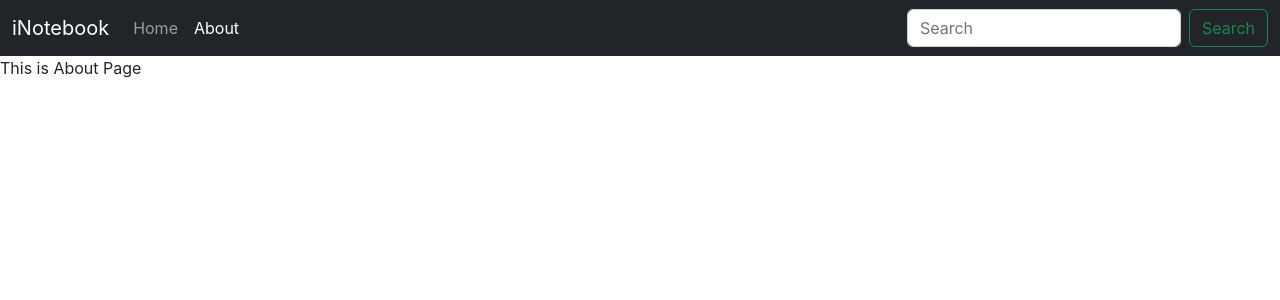
Repository: SatishPatil108/iNotebook-React
Page: /about
The author's editor kept a copy of each file at every save. The page is drawn from the files as they stood at one save, then again after the next save.
The browser window is 1280 px wide. The pictures show the whole page.
The project was rebuilt for these pictures with package versions that can differ from the ones it lists, and the page was loaded fresh each time. Also part of the build but not shown: src/App.css, src/components/Home.js.

Above is the page before, as saved 2022-07-23 17:27:26.

### public/index.html
<!DOCTYPE html>
<html lang="en">

<head>
  <meta charset="utf-8" />
  <link rel="icon" href="%PUBLIC_URL%/favicon.ico" />
  <meta name="viewport" content="width=device-width, initial-scale=1" />
  <meta name="theme-color" content="#000000" />
  <meta name="description" content="Web site created using create-react-app" />
  <link rel="apple-touch-icon" href="%PUBLIC_URL%/logo192.png" />

  <link rel="manifest" href="%PUBLIC_URL%/manifest.json" />
  <link href="https://cdn.jsdelivr.net/npm/bootstrap@5.2.0/dist/css/bootstrap.min.css" rel="stylesheet"
    integrity="sha384-gH2yIJqKdNHPEq0n4Mqa/HGKIhSkIHeL5AyhkYV8i59U5AR6csBvApHHNl/vI1Bx" crossorigin="anonymous">

  <title>iNotebook - Your Notes Secured in the Cloud</title>
</head>

<body>
  <noscript>You need to enable JavaScript to run this app.</noscript>
  <div id="root"></div>
  <script src="https://cdn.jsdelivr.net/npm/@popperjs/core@2.11.5/dist/umd/popper.min.js"
    integrity="sha384-Xe+8cL9oJa6tN/veChSP7q+mnSPaj5Bcu9mPX5F5xIGE0DVittaqT5lorf0EI7Vk"
    crossorigin="anonymous"></script>
  <script src="https://cdn.jsdelivr.net/npm/bootstrap@5.2.0/dist/js/bootstrap.min.js"
    integrity="sha384-ODmDIVzN+pFdexxHEHFBQH3/9/vQ9uori45z4JjnFsRydbmQbmL5t1tQ0culUzyK"
    crossorigin="anonymous"></script>

</body>

</html>

### src/App.js
import './App.css';
import {
  BrowserRouter as Router,
  Routes,
  Route
} from "react-router-dom";
import Navbar from './components/Navbar';
import Home from './components/Home';
import About from './components/About';
import NoteState from './context/notes/NoteState';

function App() {
  return (
    <>
      <NoteState>
        <Router>
          <Navbar />
          <Routes>
            <Route exact path="/" element={<Home />}></Route>
            <Route exact path="/about" element={<About />}></Route>
          </Routes>
        </Router>
      </NoteState>
    </>
  );
}

export default App;

### src/components/Navbar.js
import React, { useEffect } from 'react'
import { Link, useLocation } from "react-router-dom";

const Navbar = () => {

    let location = useLocation();
    useEffect(() => {
        console.log(location.pathname);
    }, [location]);
    return (
        <div>
            <nav className="navbar navbar-expand-lg navbar-dark  bg-dark">
                <div className="container-fluid">
                    <Link className="navbar-brand" to="/">iNotebook</Link>
                    <button className="navbar-toggler" type="button" data-bs-toggle="collapse" data-bs-target="#navbarSupportedContent" aria-controls="navbarSupportedContent" aria-expanded="false" aria-label="Toggle navigation">
                        <span className="navbar-toggler-icon"></span>
                    </button>
                    <div className="collapse navbar-collapse" id="navbarSupportedContent">
                        <ul className="navbar-nav me-auto mb-2 mb-lg-0">
                            <li className="nav-item">
                                <Link className={`nav-link ${location.pathname === "/" ? "active" : ""}`} aria-current="page" to="/">Home</Link>
                            </li>
                            <li className="nav-item">
                                <Link className={`nav-link ${location.pathname === "/about" ? "active" : ""}`} to="/about">About</Link>
                            </li>
                        </ul>
                        <form className="d-flex" role="search">
                            <input className="form-control me-2" type="search" placeholder="Search" aria-label="Search" />
                            <button className="btn btn-outline-success" type="submit">Search</button>
                        </form>
                    </div>
                </div>
            </nav>
        </div>
    )
}

export default Navbar

### src/components/About.js
import React from 'react'
const About = () => {
    return (
        <div>
            This is About Page
        </div>
    )
}

export default About

### src/context/notes/NoteState.js
import NoteContext from "./noteContext";
const NoteState = (props) => {



    return (
        <NoteContext.Provider value={{}}>
            {props.children}
        </NoteContext.Provider>
    )
}

export default NoteState;

Loaded but not shown: src/index.js (common file); src/index.css (common file); src/context/notes/noteContext.js (common file)

After the next save:
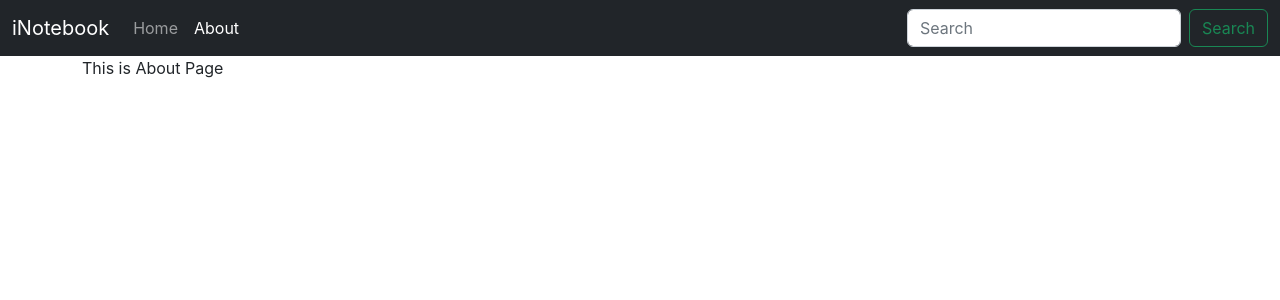
Saved 2 min 27 s later.
--- a/src/App.js
+++ b/src/App.js
@@ -15,10 +15,12 @@
       <NoteState>
         <Router>
           <Navbar />
-          <Routes>
-            <Route exact path="/" element={<Home />}></Route>
-            <Route exact path="/about" element={<About />}></Route>
-          </Routes>
+          <div className="container">
+            <Routes>
+              <Route exact path="/" element={<Home />}></Route>
+              <Route exact path="/about" element={<About />}></Route>
+            </Routes>
+          </div>
         </Router>
       </NoteState>
     </>
